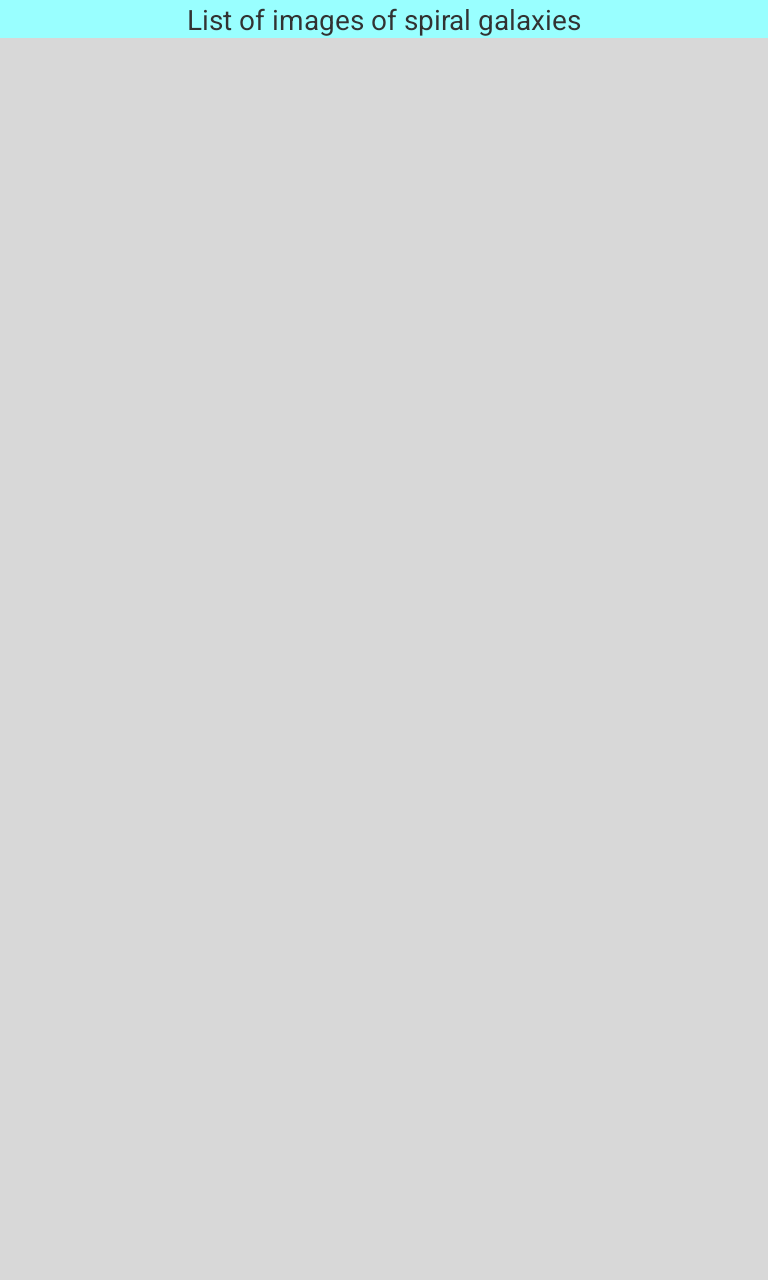
Repository: arianaantonio/Java2_Antonio
Layout: SpaceImageViewer/res/layout/activity_main.xml
An editor plug-in stored every save of this project. The layout is shown before and after the next save, followed by the edit.
It is drawn on a 768 x 1280 px phone screen (xhdpi) without system bars, with theme AppTheme; the app's code is not run. Lists and similar views that code fills are empty.

Above is the layout before, as saved 2014-07-30 06:00:29.

### SpaceImageViewer/res/layout/activity_main.xml
<LinearLayout xmlns:android="http://schemas.android.com/apk/res/android"
    android:layout_width="fill_parent"
    android:layout_height="fill_parent"
    android:background="@color/Purple"
    android:orientation="vertical" >

    <TextView
        android:id="@+id/listViewTitle"
        android:layout_width="match_parent"
        android:layout_height="wrap_content"
        android:layout_gravity="center"
        android:background="@color/Aqua"
        android:gravity="center"
        android:text="@string/textview_text" />

    <ListView
        android:id="@+id/listView1"
        android:layout_width="match_parent"
        android:layout_height="260dp"
        android:layout_weight="0.32"
        android:background="@color/Grey" />
</LinearLayout>

### SpaceImageViewer/res/values/strings.xml
<?xml version="1.0" encoding="utf-8"?>
<resources>

    <string name="app_name">Space Image Viewer</string>
    <string name="action_settings">Settings</string>
    <string name="textview_text">List of images of spiral galaxies</string>
    <string name="detail_view">Details:</string>
    <string name="Description">Image View</string>
    <color name="Purple">#C285FF</color>
    <color name="Grey">#D8D8D8</color>
    <color name="Aqua">#99FFFF</color>
    <string name="userString">User:</string>
    <string name="cameraString">Camera:</string>
    <string name="HDbutton">View HD Image</string>
    <string name="detailactivity">Details Activity</string>
    <string name="favorite">Save As Favorite</string>
    <string name="preferences">Preferences</string>
    <string name="search">Search</string>
    <string name="favorites">Favorites:</string>
    <string name="search_hint">Search Title</string>
    <string-array name="background_colors">
        <item>Blue</item>
        <item>Green</item>
        <item>Purple</item>
        <item>Pink</item>
        <item>Brown</item>
    </string-array>
    <color name="Blue">#0E15E3</color>
    <color name="Green">#30A307</color>
    <color name="Pink">#E30EB1</color>
    <color name="Brown">#75350B</color>
    <string name="favoritesactivity">Favorites Activity</string>
    <string name="textview_hint">Enter a new list title</string>


</resources>

Loaded but not shown: SpaceImageViewer/res/values/styles.xml (common file); SpaceImageViewer/res/values-v11/styles.xml (common file); SpaceImageViewer/res/values-v14/styles.xml (common file)

After the next save:
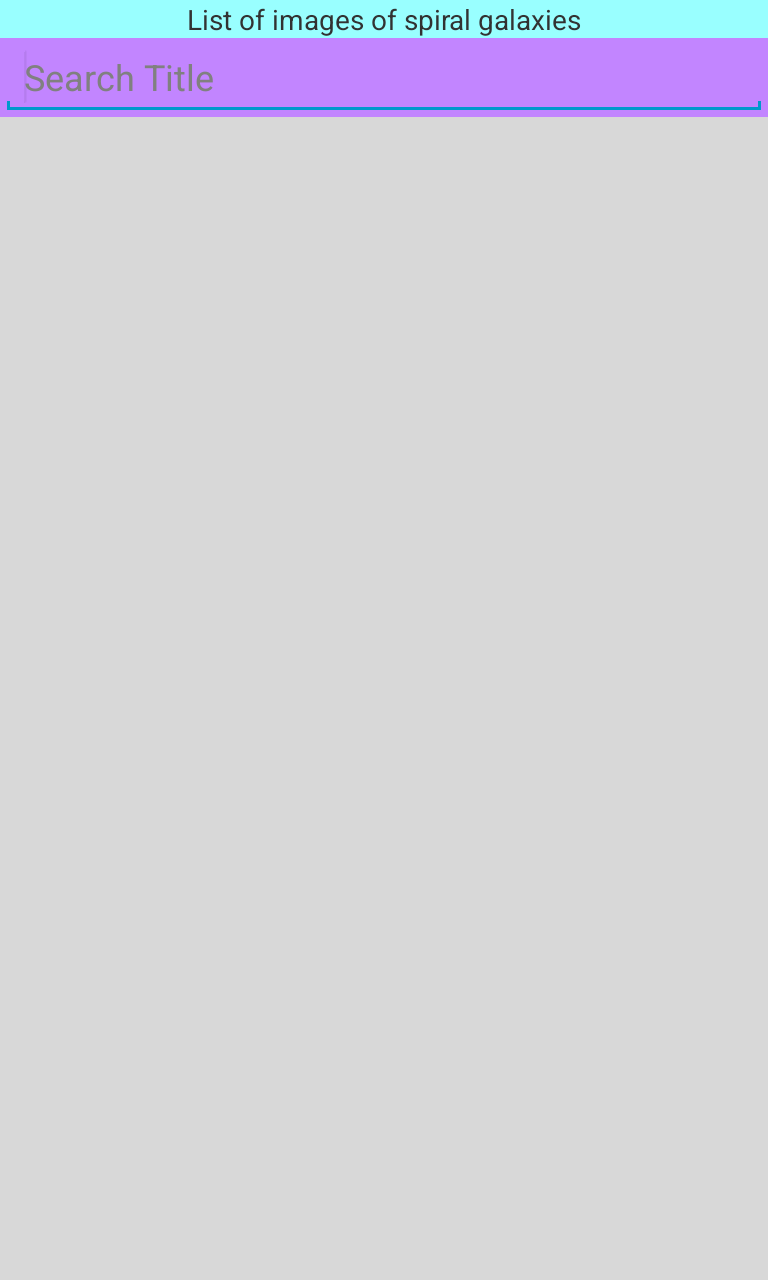
Saved 7 min 58 s later.
--- a/SpaceImageViewer/res/layout/activity_main.xml
+++ b/SpaceImageViewer/res/layout/activity_main.xml
@@ -13,10 +13,20 @@
         android:gravity="center"
         android:text="@string/textview_text" />
 
+    <EditText
+        android:id="@+id/editText1"
+        android:layout_width="match_parent"
+        android:layout_height="wrap_content"
+        android:ems="10"
+        android:hint="@string/search_hint" >
+
+        <requestFocus />
+    </EditText>
+
     <ListView
         android:id="@+id/listView1"
         android:layout_width="match_parent"
         android:layout_height="260dp"
-        android:layout_weight="0.32"
+        android:layout_weight="0.21"
         android:background="@color/Grey" />
 </LinearLayout>
